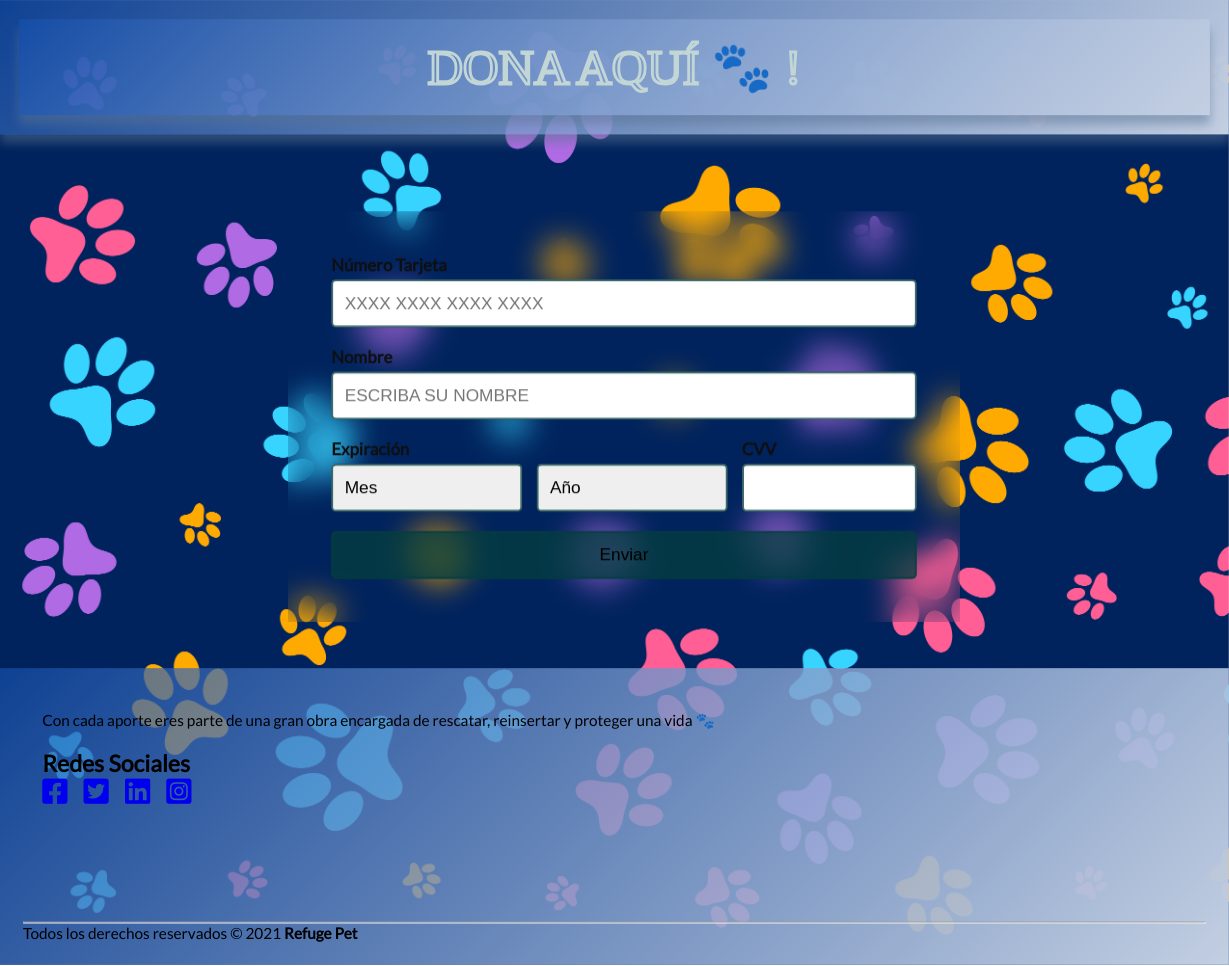
Repository: andreasvidal/SCL019-card-validation
Page: src/views/cardvalidation.html
The author's editor kept a copy of each file at every save. The page is drawn from the files as they stood at one save, then again after the next save.
The browser window is 1280 px wide. The pictures show the whole page, at 96% of full size.
Some web fonts or font styles are not loaded; a fallback is used. Some web libraries are served in a nearby version.

Above is the page before, as saved 2022-04-13 10:08:20.

### src/views/cardvalidation.html
<!DOCTYPE html>
<html lang="en">

<head>
    <meta charset="UTF-8" />
    <meta http-equiv="X-UA-Compatible" content="IE=edge" />
    <meta name="viewport" content="width=device-width, initial-scale=1.0" />
    <link rel="preconnect" href="https://fonts.googleapis.com" />
    <link rel="preconnect" href="https://fonts.gstatic.com" crossorigin />
    <link href="https://fonts.googleapis.com/css2?family=Lato:ital,wght@0,400;1,700&display=swap" rel="stylesheet" />
    <link rel="preconnect" href="https://fonts.googleapis.com" />
    <link rel="preconnect" href="https://fonts.gstatic.com" crossorigin />
    <link href="https://fonts.googleapis.com/css2?family=Hurricane&family=Lato:ital,wght@1,700&display=swap" rel="stylesheet" />
    <link rel="stylesheet" href="https://use.fontawesome.com/releases/v5.8.1/css/all.css" integrity="sha384-50oBUHEmvpQ+1lW4y57PTFmhCaXp0ML5d60M1M7uH2+nqUivzIebhndOJK28anvf" crossorigin="anonymous" />
    <link rel="stylesheet" href="../css/formstyle.css" />
    <link rel="stylesheet" href="../css/style.css" />
    <title>Formulario</title>
</head>

<!--contenido principal formulario-->

<body>
    <div class="subtitle">
        <p class="subtitle">DONA AQUÍ 🐾 !</p>
    </div>
    <form id="formValidation" class="form-validation">
        <div class="bg-blur">
            <div class="data-card" id="dataForm">
                <label for="inputNumber">Número Tarjeta</label>
                <input type="text" id="inputNumber" name="number" maxlength="16" autocomplete="off" pattern="[0-9]+" placeholder="XXXX XXXX XXXX XXXX" required />
                <h5 id="print"></h5>
            </div>
            <div class="data-card">
                <label for="inputNameUser">Nombre </label>
                <input type="text" id="inputNameUser" name="nameUser" placeholder="Escriba su nombre" required />
                <h5 id="print"></h5>
            </div>
            <!--datos expiración tarjeta-->
            <div class="flexbox">
                <div class="data-card expider-date">
                    <label for="monthSelect">Expiración</label>
                    <div class="flexbox">
                        <div class="data-card-select">
                            <select name="monthSelect" id="monthSelect" required>
                <option disabled selected>Mes</option>
                <option value="1">1</option>
                <option value="2">2</option>
                <option value="3">3</option>
                <option value="4">4</option>
                <option value="5">5</option>
                <option value="6">6</option>
                <option value="7">7</option>
                <option value="8">8</option>
                <option value="9">9</option>
                <option value="10">10</option>
                <option value="11">11</option>
                <option value="12">12</option>
              </select>
                        </div>
                        <div class="data-card-select">
                            <select name="yearSelect" id="yearSelect" required>
                <option disabled selected>Año</option>
                <option value="2">2014</option>
                <option value="5">2015</option>
                <option value="6">2016</option>
                <option value="7">2017</option>
                <option value="8">2018</option>
                <option value="9">2019</option>
                <option value="10">2020</option>
                <option value="11">2021</option>
                <option value="12">2022</option>
              </select>
                        </div>
                    </div>
                </div>
                <div class="data-card ccv">
                    <label for="inputCcv">CVV</label>
                    <input type="text" id="inputCcv" name="inputCcv" maxlength="3" required />
                </div>
            </div>
            <button type="submit" value="sendForm" class="btn-send" id="sendForm">
        Enviar
      </button>
        </div>
    </form>
    <footer>
        <div class="container__footer">
            <div class="box__footer">
                <div class="terms">
                    <p>
                        Con cada aporte eres parte de una gran obra encargada de rescatar, reinsertar y proteger una vida 🐾
                    </p>
                </div>
            </div>
            <div class="box__footer">
                <h2>Redes Sociales</h2>
                <a href="#"> <i class="fab fa-facebook-square"></i></a>
                <a href="#"><i class="fab fa-twitter-square"></i></a>
                <a href="#"><i class="fab fa-linkedin"></i></a>
                <a href="#"><i class="fab fa-instagram-square"></i></a>
            </div>
        </div>
        <div class="box__copyright">
            <hr />
            <p>Todos los derechos reservados © 2021 <b>Refuge Pet</b></p>
        </div>
    </footer>
    <!-- jQuery-->
    <script src="https://ajax.googleapis.com/ajax/libs/jquery/3.6.0/jquery.min.js"></script>
    <!--materialize -->
    <!--JS-->
    <script src="../js/index.js" type="module"></script>
</body>

</html>

### src/css/formstyle.css
* {
    padding: 0;
    margin: 0;
    box-sizing: border-box;
}

body {
    font-family: 'Lato', 'sans-serif';
    background-image: url(../assets/img/fondopatas.jpg);
    background-size: cover;
    background-repeat: no-repeat;
}


/*estilos formulario validacion*/

.form-validation {
    color: beige;
    width: 100%;
    max-width: 700px;
    margin-left: 300px;
    border-radius: 10px;
    position: relative;
    top: 80px;
    z-index: 1;
}

.bg-blur {
    backdrop-filter: blur(1rem);
    width: 100%;
    padding: 45px;
}

.form-validation label {
    display: block;
    color: rgb(15, 15, 15);
    margin-bottom: 5px;
    font-size: 1.1rem;
    font-weight: 700;
}

.form-validation input,
.form-validation select,
.btn-send {
    border: 2px solid rgba(4, 63, 63, 0.753);
    font-size: 18px;
    height: 50px;
    width: 100%;
    padding: 5px 12px;
    border-radius: 5px;
}

.form-validation input:hover,
.form-validation select:hover {
    border: 2px solid rgb(23, 24, 24);
}

.form-validation input:focus,
.form-validation select:focus {
    outline: rgb(173, 182, 182);
    box-shadow: 0 8px 8px 0 rgba(32, 38, 46, 0.3);
}

.form-validation input {
    margin-bottom: 20px;
    text-transform: uppercase;
}

.form-validation .flexbox {
    display: flex;
    justify-content: space-between;
}

.form-validation .expider-date {
    width: 100%;
}

.form-validation .ccv {
    min-width: 10px;
}

.form-validation .data-card-select {
    width: 100%;
    margin-right: 15px;
    position: relative;
}

.form-validation select {
    -webkit-appearance: none;
}


/*backgrond btn enviar*/

.btn-send {
    background: rgba(4, 63, 63, 0.753);
    ;
}

.btn-send:hover {
    background-color: rgba(94, 126, 136, 0.651);
    cursor: pointer;
}

#print {
    color: rgb(38, 41, 41);
    font-size: 16px;
}


/*footer*/

.terms {
    height: 30px;
    margin-bottom: 50px;
}

footer {
    width: 100%;
    padding: 1.5rem;
    margin-top: 10%;
    background-size: cover;
    background-image: linear-gradient(135deg, #1650adad 0%, #c3cfe2 100%);
    box-shadow: 0 10px 10px 0 rgba(90, 116, 148, 0.3);
}

.box__footer {
    padding: 20px;
    height: 10px;
}

.fab {
    padding-right: 40px;
    width: 20px;
    height: 20px;
    font-size: 30px;
}

.box__copyright {
    padding-top: 10rem;
}

### src/css/style.css
     * {
         padding: 0;
         margin: 0;
         box-sizing: border-box;
     }

     body {
         font-family: 'Lato', 'sans-serif';
         background-image: url(../assets/img/fondopatas.jpg);
     }
     /*estilo titulo*/

     .title-h1 {
         font-family: 'Raleway', sans-serif;
         text-decoration: underline overline wavy rgba(183, 0, 255, 0.514);
         padding: 40px 100px;
         color: rgb(74, 80, 80);
         display: flex;
         flex-direction: column;
         align-items: center;
         box-shadow: 0 10px 10px 0 rgba(90, 116, 148, 0.3);
         background-image: linear-gradient(135deg, #f5f7fa 0%, #c3cfe2 100%);
         font-size: 8vw;
     }

     .subtitle {
         font-family: 'Shadows Into Light', cursive;
         text-align: center;
         padding: 20px 20px;
         color: rgb(74, 80, 80);
         font-size: 4vw;
         -webkit-text-fill-color: transparent;
         -webkit-text-stroke: 3px rgb(195, 214, 214);
         background-image: linear-gradient(135deg, #1650adad 0%, #c3cfe2 100%);
         box-shadow: 0 10px 10px 0 rgba(90, 116, 148, 0.5);
     }

     .img-banner {
         display: flex;
         height: 500px;
         z-index: -1;
         flex-direction: row;
         margin-left: 50px;
         align-items: center;
         margin-bottom: -50px;
         border-radius: 15px;
     }
     /*contenedor tarjeta*/

     .container {
         width: 90%;
         max-width: 1000px;
         padding: 20px 60px;
         margin: auto;
         display: flex;
         /* deja los elementos en forma de columna*/
         flex-direction: column;
         /*align-items no sirve para centrar de forma vertical (se utiliza justify), se utiliza al cambiar la dirección con flex-direction*/
         align-items: center;
     }
     /*estilo tarjeta*/

     .card {
         padding-top: 30px;
         width: 100%;
         max-width: 550px;
         position: relative;
         color: rgb(37, 36, 36);
         cursor: pointer;
     }

     .card>div {
         padding: 30px;
         border-radius: 15px;
         min-height: 315px;
         display: flex;
         flex-direction: column;
         justify-content: space-between;
         box-shadow: 0 10px 10px 0 rgba(90, 116, 148, 0.822);
     }

     .style-card {
         width: 100%;
         background: url(../assets/img/background-card/bg-img-2.jpg);
         background-size: cover;
     }
     /*para mantener el espeacio de la imagen logo (contenedor vacio)*/

     .style-card .logo-card {
         text-align: right;
         min-height: 50px;
     }

     .style-card .logo-card img {
         width: 100%;
         height: 100%;
         object-fit: cover;
         max-width: 80px;
     }

     .style-card .chip-card {
         width: 100%;
         max-width: 50px;
         margin-bottom: 20px;
     }

     .style-card .form-group .card-label {
         font-size: 16px;
         color: rgb(115, 131, 131);
         margin-bottom: 5px;
     }

     .style-card .card-group .number-card,
     .style-card .card-group .name-card,
     .style-card .card-group .expider {
         /*color: rgb(74, 80, 80);*/
         font-size: 22px;
         text-transform: uppercase;
     }

     .style-card .flexbox {
         display: flex;
         justify-content: space-between;
         margin-top: 20px;
     }
     /*btn abrir formulario*/

     .btn-open {
         color: rgb(195, 214, 214);
         box-shadow: 0 10px 10px 0 rgba(90, 116, 148, 0.3);
         background: rgba(183, 0, 255, 0.514);
         width: 50px;
         height: 50px;
         margin-top: -10px;
         border-radius: 100%;
         z-index: 2;
     }

     .btn-open:hover {
         opacity: 0.50;
         -moz-opacity: .50;
         filter: alpha (opacity=50);
     }

     .btn-open {
         text-decoration: none;
         padding-top: 15px;
         text-align: center;
     }

### src/js/index.js
/*import validator from '../js/validator.js';

//Llamando al DOM

const btnForm = document.getElementById("sendForm");
const form = document.getElementById("#formValidation");
btnForm.addEventListener('click', function(e) {
    e.preventDefault();
    let creditCardNumber = document.getElementById('inputNumber').value;
    let maskified = validator.maskify(creditCardNumber);
    if (creditCardNumber === "") {
        return document.getElementById("print").innerHTML = "Reingrese su número de tarjeta sin espacios ni carácteres especiales";
    } else {
        return document.getElementById("print").innerHTML = "Tu tarjeta N° " + maskified + " es válida";
    }
})


// inputName solo letras, inputCcv y inputNumber  solo numeros
let inputNumber = document.getElementById('inputNumber');
let inputName = document.getElementById('inputNameUser');
let inputCcv = document.getElementById('inputCcv');

const onlyNum = /[^0-9]/g;
const onlypLet = /[^a-zA-ZÑñáéíóúÁÉÍÓÚ\s]*$/g;
inputNumber.addEventListener('input', function() {
    inputNumber.value = inputNumber.value.replace(onlyNum, '');
});
inputName.addEventListener('input', function() {
    inputName.value = inputName.value.replace(onlypLet, '');
});
inputCcv.addEventListener('input', function() {
    inputCcv.value = inputCcv.value.replace(onlyNum, '');
});

// mes y años
for (let i = 1; i <= 12; i++) {
    let optionDate = document.createElement('option');
    optionDate.value = i;
    optionDate.innerText = i;
    form.monthSelect.appendChild(optionDate);
}

// * Select del año generado dinamicamente.
const yearActual = new Date().getFullYear();
for (let i = yearActual; i <= yearActual + 8; i++) {
    let optionDate = document.createElement('option');
    optionDate.value = i;
    optionDate.innerText = i;
    optionDate.selectYear.appendChild(optionDate);
}*/

After the next save:
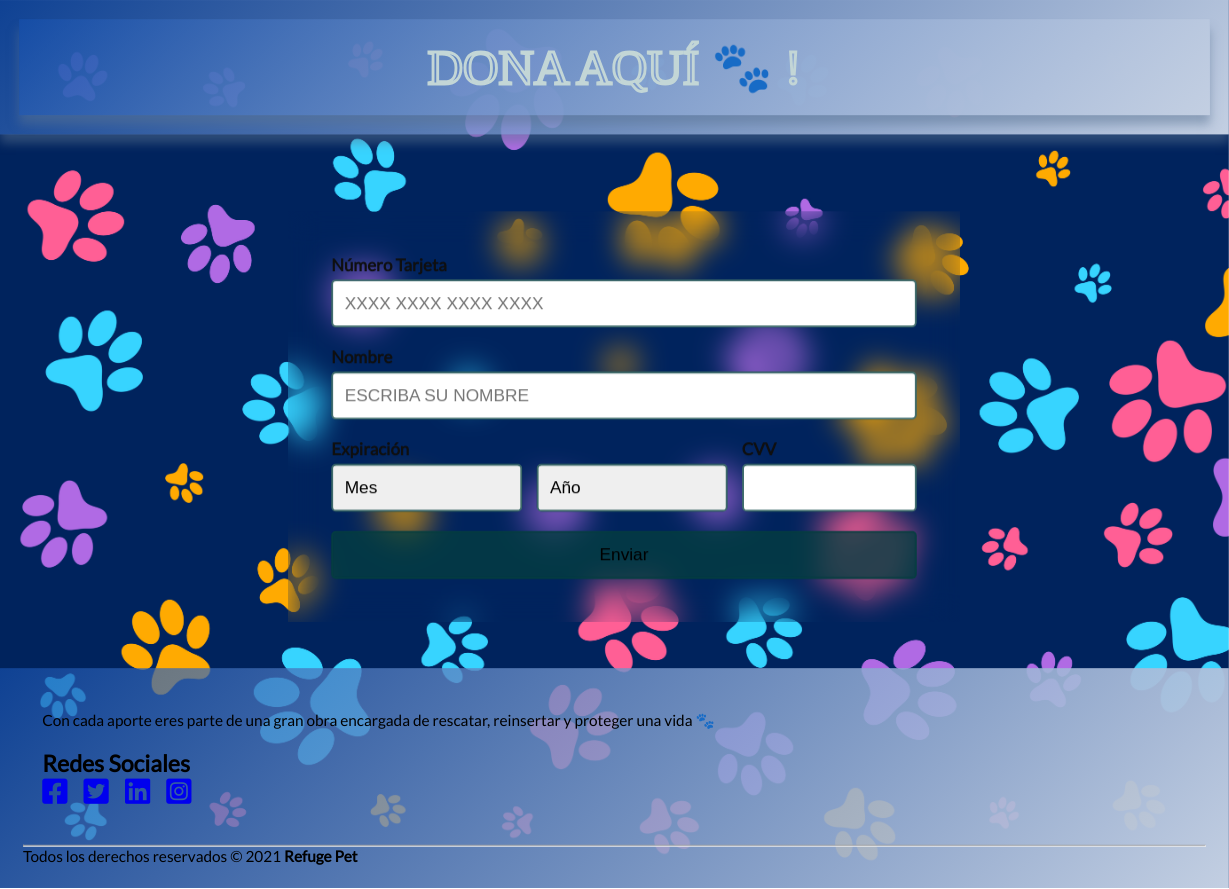
Saved 9 s later.
--- a/src/css/formstyle.css
+++ b/src/css/formstyle.css
@@ -137,5 +137,5 @@ footer {
 }
 
 .box__copyright {
-    padding-top: 10rem;
+    padding-top: 5rem;
 }
